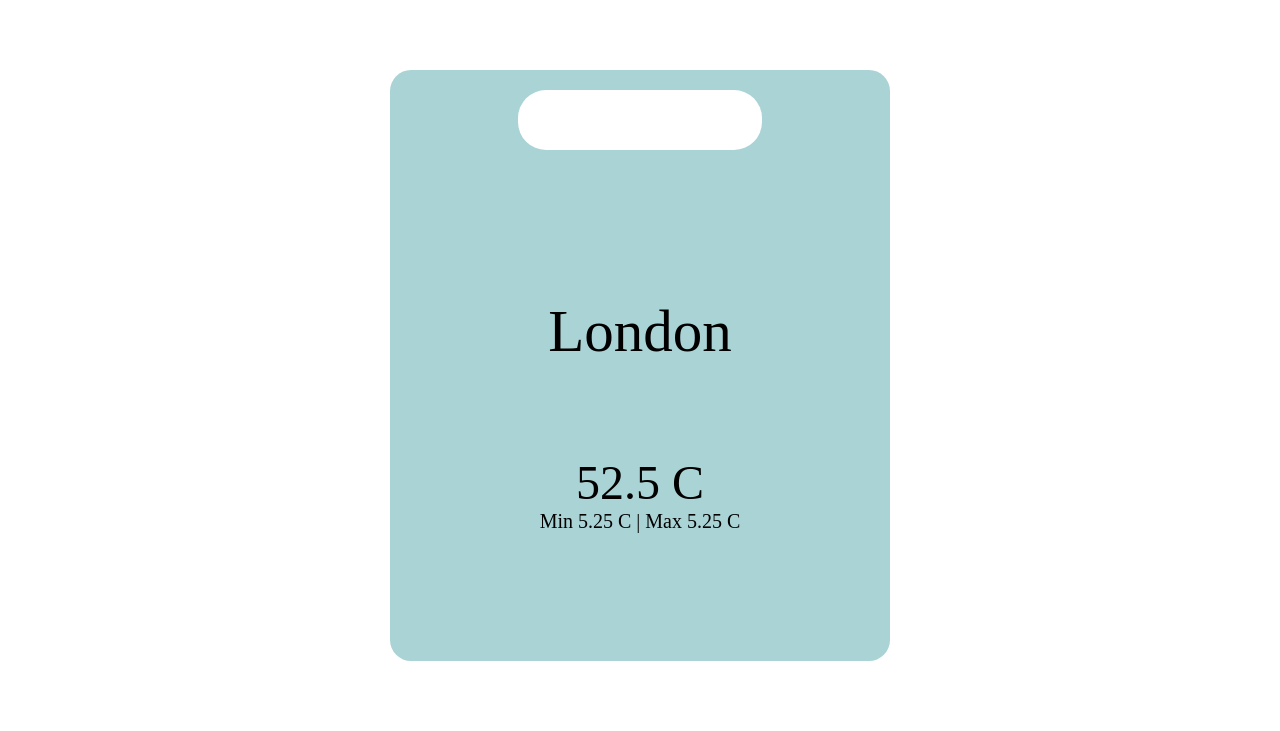
Repository: WajihaGul/Weather-App
Page: /
An editor plug-in stored every save of this project. The page is shown before and after the next save, followed by the edit.
The browser window is 1280 px wide. The pictures show the whole page.
The project was rebuilt for these pictures with package versions that can differ from the ones it lists, and the page was loaded fresh each time. Also part of the build but not shown: src/index.css.

Above is the page before, as saved 2024-05-29 18:25:59.

### public/index.html
<!DOCTYPE html>
<html lang="en">
  <head>
    <meta charset="utf-8" />
    <link rel="icon" href="%PUBLIC_URL%/favicon.ico" />
    <meta name="viewport" content="width=device-width, initial-scale=1" />
    <meta name="theme-color" content="#000000" />
    <meta
      name="description"
      content="Web site created using create-react-app"
    />
    <link rel="apple-touch-icon" href="%PUBLIC_URL%/logo192.png" />
    <!--
      manifest.json provides metadata used when your web app is installed on a
      user's mobile device or desktop. See https://developers.google.com/web/fundamentals/web-app-manifest/
    -->
    <link rel="stylesheet" href="https://cdnjs.cloudflare.com/ajax/libs/font-awesome/6.5.2/css/all.min.css" integrity="sha512-SnH5WK+bZxgPHs44uWIX+LLJAJ9/2PkPKZ5QiAj6Ta86w+fsb2TkcmfRyVX3pBnMFcV7oQPJkl9QevSCWr3W6A==" crossorigin="anonymous" referrerpolicy="no-referrer" />
    <link rel="manifest" href="%PUBLIC_URL%/manifest.json" />
    <!--
      Notice the use of %PUBLIC_URL% in the tags above.
      It will be replaced with the URL of the `public` folder during the build.
      Only files inside the `public` folder can be referenced from the HTML.

      Unlike "/favicon.ico" or "favicon.ico", "%PUBLIC_URL%/favicon.ico" will
      work correctly both with client-side routing and a non-root public URL.
      Learn how to configure a non-root public URL by running `npm run build`.
    -->
    <title>Weather App</title>
  </head>
  <body>
    <noscript>You need to enable JavaScript to run this app.</noscript>
    <div id="root"></div>
    <!--
      This HTML file is a template.
      If you open it directly in the browser, you will see an empty page.

      You can add webfonts, meta tags, or analytics to this file.
      The build step will place the bundled scripts into the <body> tag.

      To begin the development, run `npm start` or `yarn start`.
      To create a production bundle, use `npm run build` or `yarn build`.
    -->
  </body>
</html>

### src/App.js
import Weather from "./Components/Weather/Weather";
function App() {
  return <Weather />;
}

export default App;

### src/Components/Weather/Weather.jsx
import styles from "./Weather.module.css";
import { TiWeatherCloudy } from "react-icons/ti";
const Weather = () => {
  return (
    <>
      <div className={styles.divhead}>
        <div>
          <input className={styles.search} type="search" />
        </div>
        <div className={styles.city}>
          {/* <TiWeatherCloudy style={{ height: "52px", marginBottom: "-7px" }} /> */}
          London
        </div>
        <div className={styles.temperature}>52.5 C</div>
        <div className={styles.minmax}>Min 5.25 C | Max 5.25 C</div>
      </div>
    </>
  );
};

export default Weather;

### src/Components/Weather/Weather.module.css
.divhead{
        height: 591px;
    width: 500px;
    background-color: #aad3d5;
    margin: 0 auto;
    margin-top: 70px;
    margin-bottom: 70px;
    display: flex;
    flex-direction: column;
    align-items: center;
    border-radius: 21px;
}
.search{
    margin-top: 20px;
    width: 244px;
    height: 60px;
    border: none;
    border-radius: 28px;
}
.city{
       padding-left: 50px;
    padding-right: 50px;
    padding-top: 146px;
    padding-bottom: 89px;
    font-family: emoji;
    font-size: 59px;
}
.temperature{
    font-size: xxx-large;
}

.minmax{
    font-size: 20px;
}

Loaded but not shown: src/index.js (common file); src/reportWebVitals.js (common file)

After the next save:
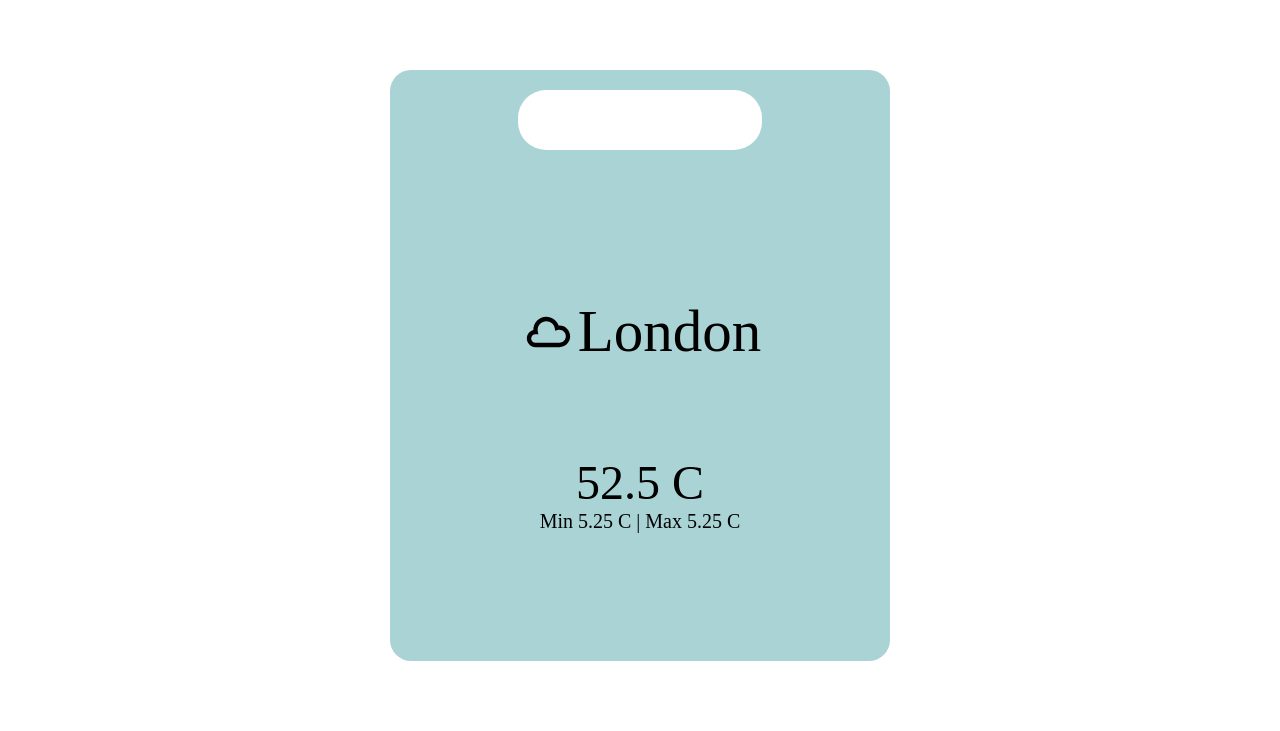
Saved 13 s later.
--- a/src/Components/Weather/Weather.jsx
+++ b/src/Components/Weather/Weather.jsx
@@ -8,7 +8,7 @@ const Weather = () => {
           <input className={styles.search} type="search" />
         </div>
         <div className={styles.city}>
-          {/* <TiWeatherCloudy style={{ height: "52px", marginBottom: "-7px" }} /> */}
+          <TiWeatherCloudy style={{ height: "52px", marginBottom: "-7px" }} />
           London
         </div>
         <div className={styles.temperature}>52.5 C</div>
